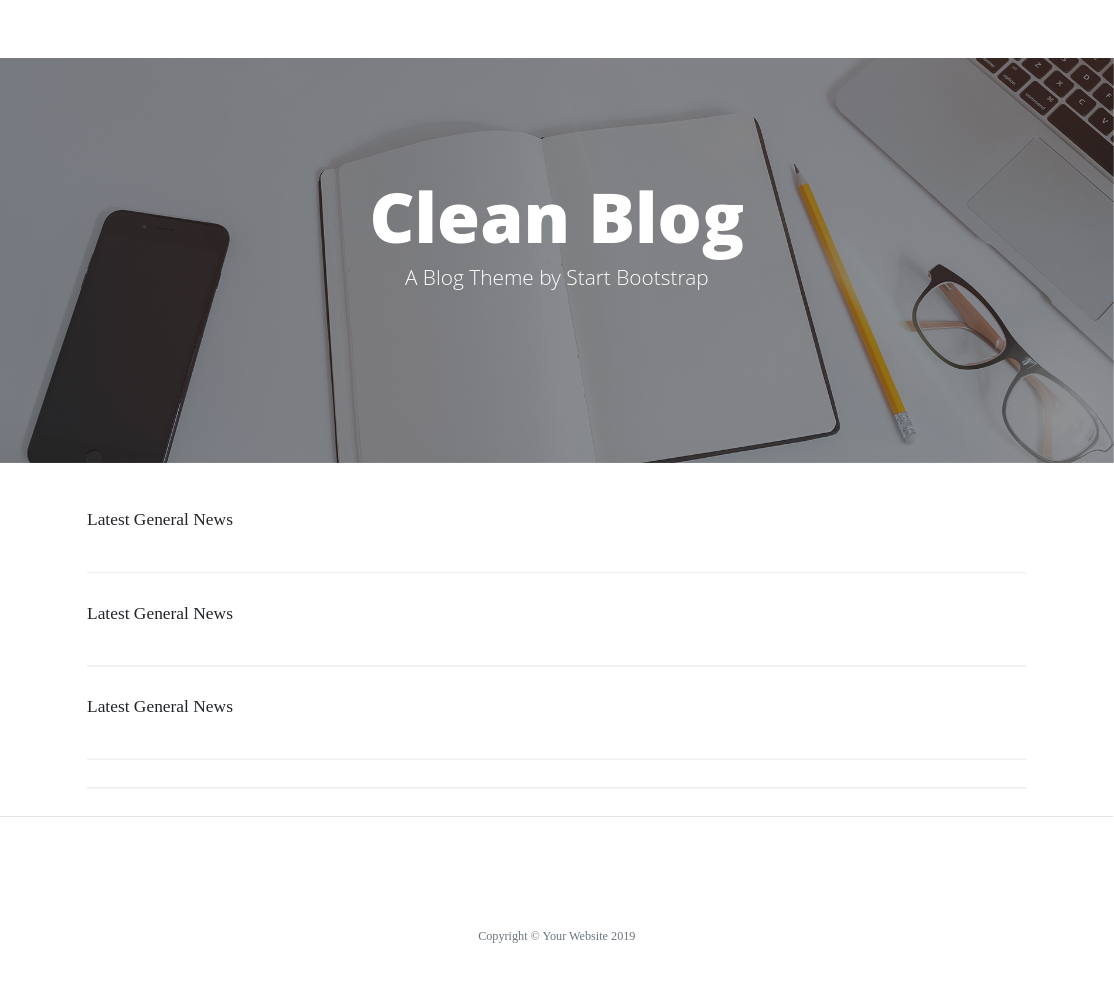
Repository: Vesss/Blog-Project
Page: http://localhost/
The author's editor kept a record of every edit. The page is drawn from the files as they stood at one moment, then again after the next edit.
The browser window is 1280 px wide. The pictures show the whole page, at 87% of full size.
The page is served by the project's application, run on Flask 3 (app.py). Queries for data that is not in the repository find no rows.

Above is the page before.

After the next edit:
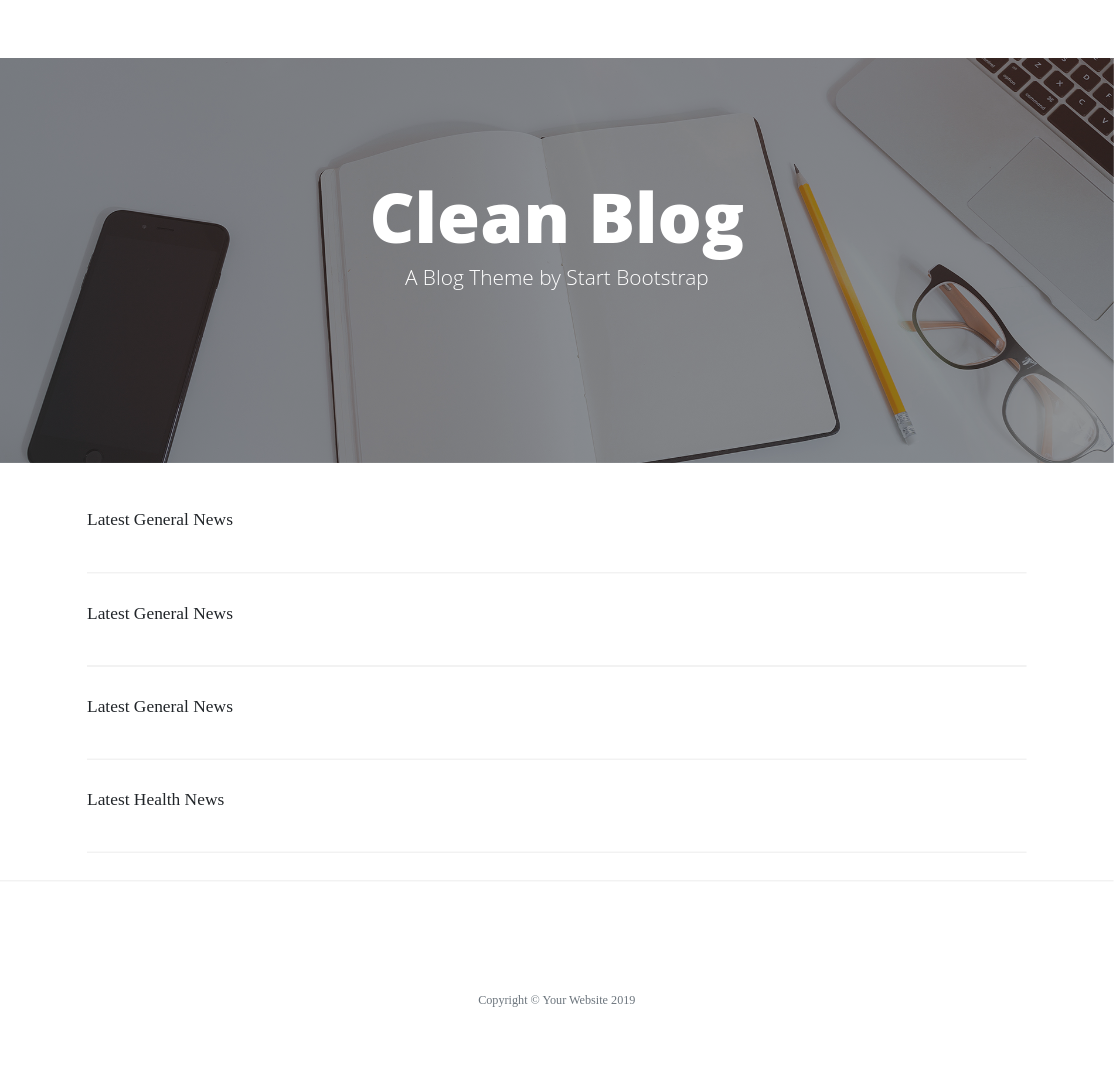
The edit:
--- a/templates/index.html
+++ b/templates/index.html
@@ -63,7 +63,7 @@
   </div>
 
   <hr class="index-line">
-
+<p>Latest Health News</p>
   <div class="row">
     <div>
       <a href="{{ url_for('health_page') }}">
